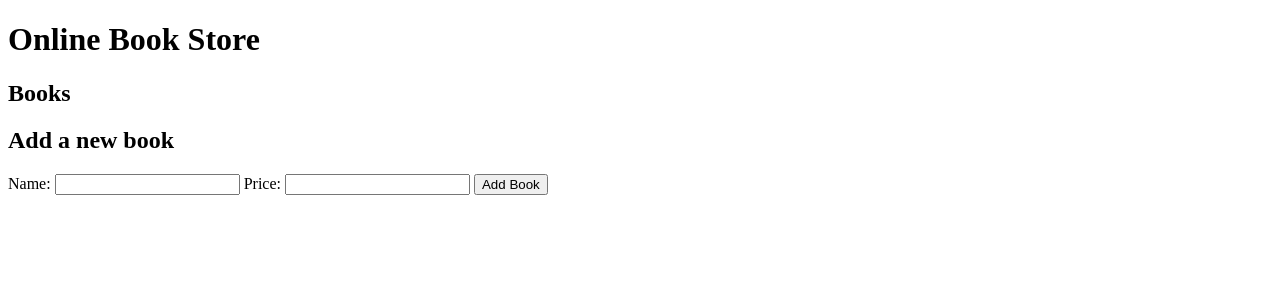
Repository: SimChengSeng/CCS6344_Group19_OnlineBookStoreAWS-main
Page: http://localhost/
The author's editor kept a record of every edit. The page is drawn from the files as they stood at one moment, then again after the next edit.
The browser window is 1280 px wide. The pictures show the whole page.
The page is served by the project's application, run on Flask 3 (CCS6344_Group19_OnlineBookStoreAWS-main/bookstore/app.py). Queries for data that is not in the repository find no rows.

Above is the page before.

After the next edit:
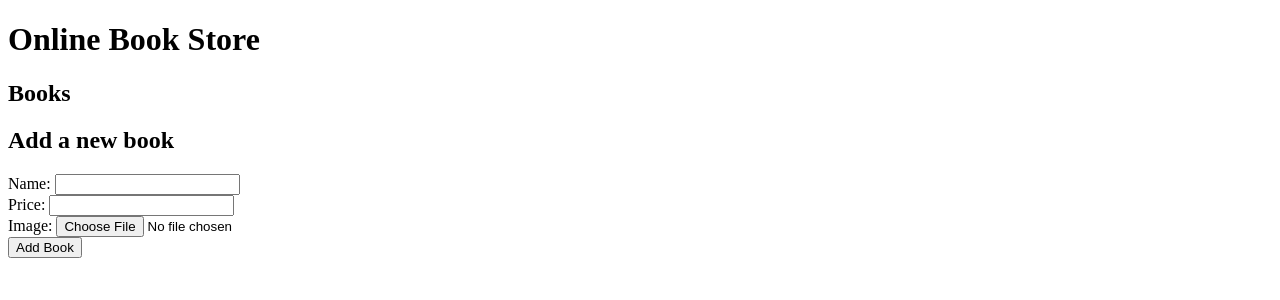
The edit:
--- a/environment/CCS6344_Group19_OnlineBookStoreAWS-main/bookstore/templates/index.html
+++ b/environment/CCS6344_Group19_OnlineBookStoreAWS-main/bookstore/templates/index.html
@@ -19,12 +19,13 @@
         {% endfor %}
     </ul>
     <h2>Add a new book</h2>
-    <form action="{{ url_for('add_book') }}" method="post">
+    <form action="{{ url_for('add_book') }}" method="post" enctype="multipart/form-data">
         <label for="name">Name:</label>
-        <input type="text" id="name" name="name" required>
+        <input type="text" id="name" name="name" required><br>
         <label for="price">Price:</label>
-        <input type="text" id="price" name="price" required>
-        <button type="submit">Add Book</button>
-    </form>
+        <input type="text" id="price" name="price" required><br>
+        <label for="image">Image:</label>
+        <input type="file" id="image" name="image" accept="image/*" required><br>
+    <button type="submit">Add Book</button>
 </body>
 </html>
